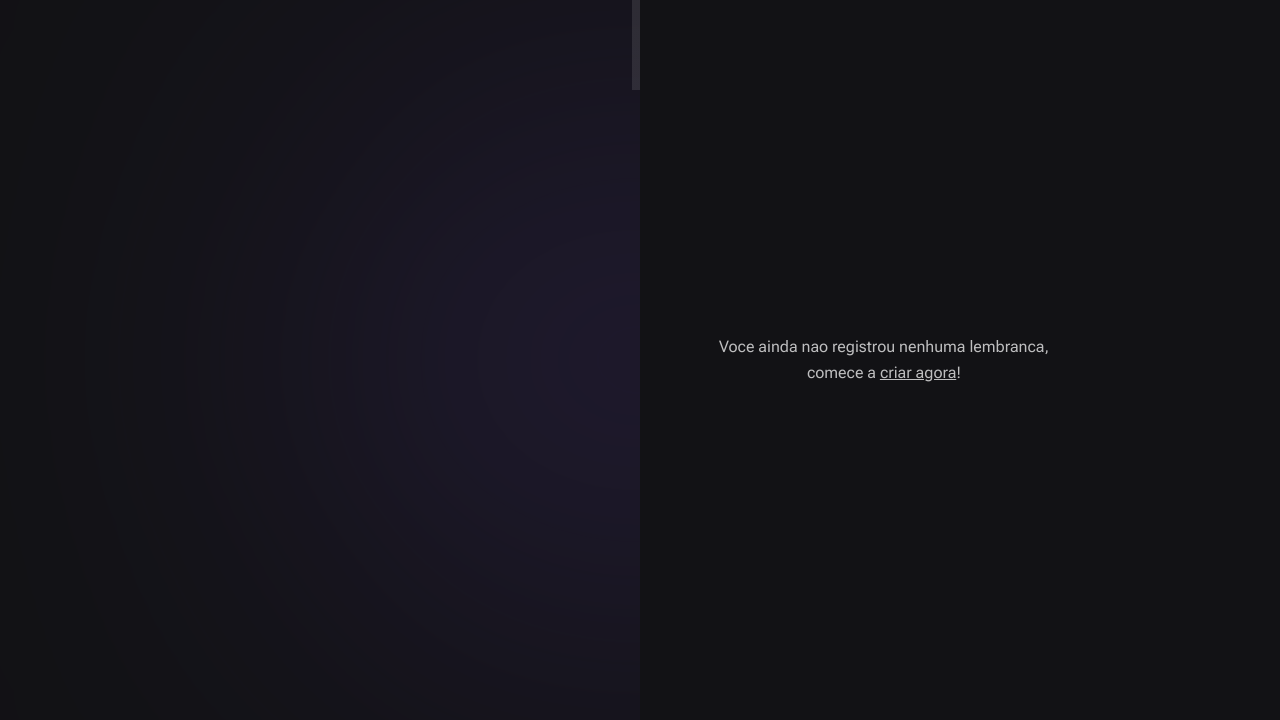
Repository: viniimartins/NLWSpacetime
Page: /
An editor plug-in stored every save of this project. The page is shown before and after a run of saves, followed by the edit.
The browser window is 1280 px wide. The pictures show the whole page.
Some web fonts or font styles are not loaded; a fallback is used. The project was rebuilt for these pictures with package versions that can differ from the ones it lists, and the page was loaded fresh each time. The framework's server and built-in components were replaced by stand-ins that run in the browser. Also part of the build but not shown: next.config.js.

Above is the page before, as saved 2023-05-17 16:02:14.

After the next 3 saves:
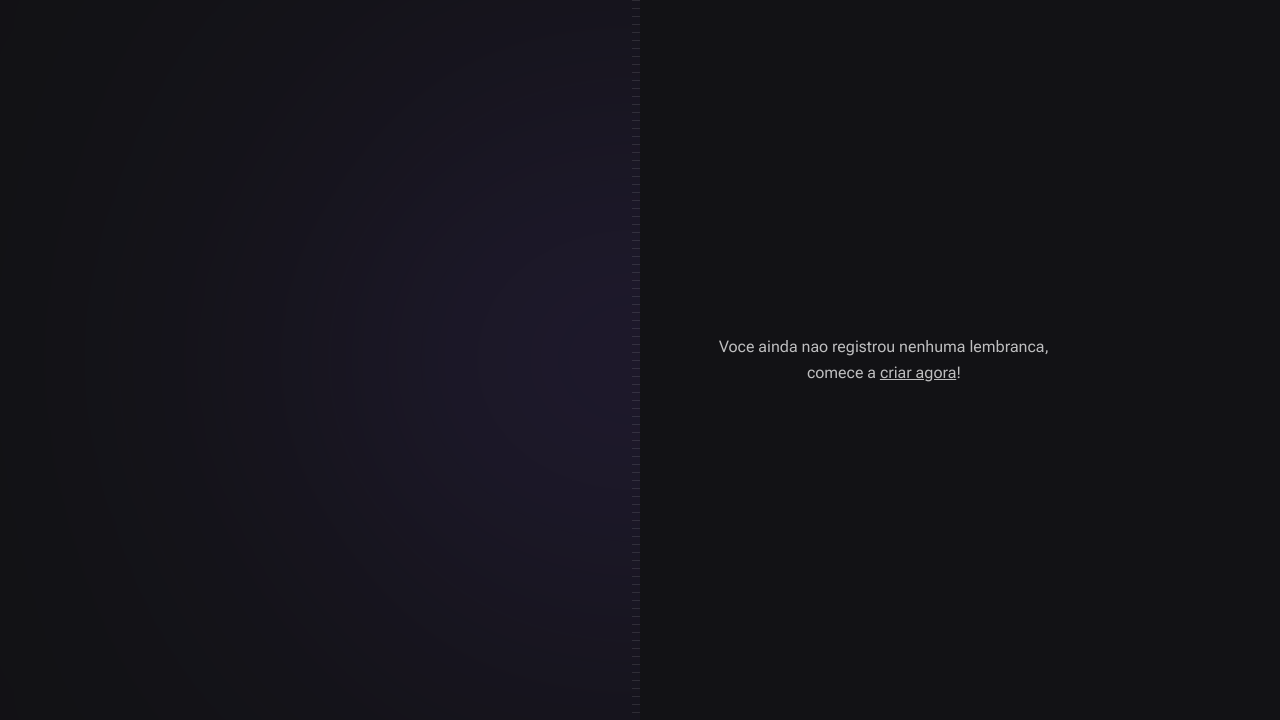
The 3 saves are shown as one change because they came seconds apart.
The last was saved 25 s later.
--- a/tailwind.config.js
+++ b/tailwind.config.js
@@ -58,6 +58,10 @@
       stripes: 'linear-gradient(to bottom, rgba(255, 255, 255, 0.1), rgba(255, 255, 255, 0.1) 12.5%, transparent 12.5%, transparent)',
     },
 
+    backgroundSize: {
+      stripes: '100% 8px'
+    },
+
     blur: {
       full: '194px'
     }

After the 2 saves that followed:
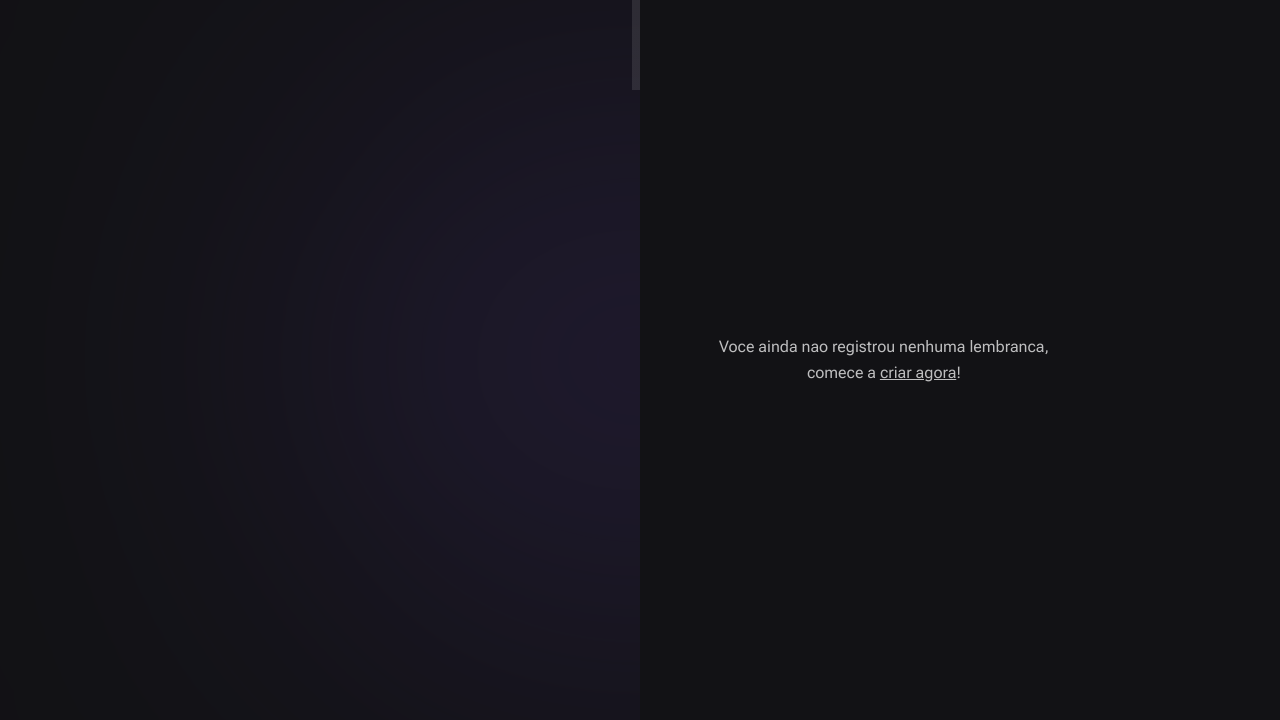
The 2 saves are shown as one change because 1 left the picture as it was.
The last was saved 32 s later.
--- a/tailwind.config.js
+++ b/tailwind.config.js
@@ -58,9 +58,10 @@
       stripes: 'linear-gradient(to bottom, rgba(255, 255, 255, 0.1), rgba(255, 255, 255, 0.1) 12.5%, transparent 12.5%, transparent)',
     },
 
-    backgroundSize: {
-      stripes: '100% 8px'
-    },
+    // backgroundSize: {
+    //   stripes: '100% 8px',
+    // },
+
 
     blur: {
       full: '194px'
